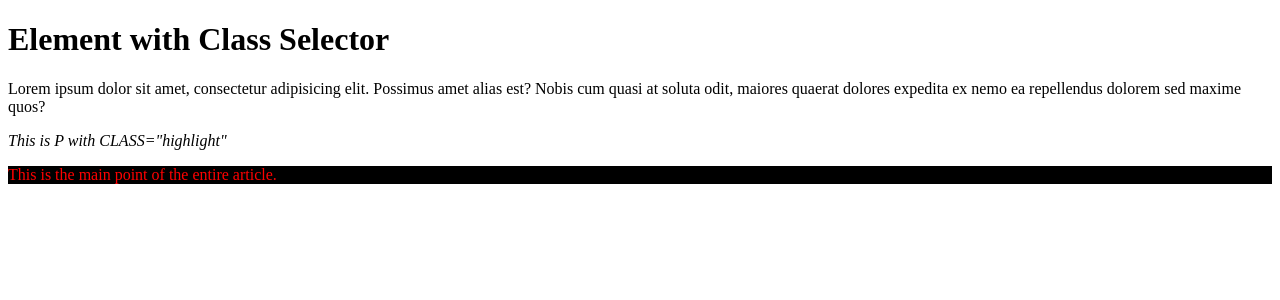
Repository: Aakarshit-Sharma19/Basic-HTML-and-CSS-Page-
Page: test.html
The author's editor kept a copy of each file at every save. The page is drawn from the files as they stood at one save, then again after the next save.
The browser window is 1280 px wide. The pictures show the whole page.

Above is the page before, as saved 2020-11-08 10:31:20.

### test.html
<!DOCTYPE html>
<html>

<head>
  <meta charset="utf-8">
  <title>Element with Class Selector
  </title>
  <style>
    /* all with class="highlight" */
    highlight {
      background-color: green;
    }

    /* all p elements with class="highlight" */
    p.highlight {
      font-style: italic;
    }

    /* all elements with class 'highlight' as well as with class 'mainpoint'. */
    .highlight.mainpoint {
      color: red;
      background-color: black;
    }
  </style>
</head>

<body>

  <h1 class="highlight">Element with Class Selector</h1>
  <p>Lorem ipsum dolor sit amet, consectetur adipisicing elit. Possimus amet alias est? Nobis cum quasi at soluta odit,
    maiores quaerat dolores expedita ex nemo ea repellendus dolorem sed maxime quos?</p>
  <p class="highlight">This is P with CLASS="highlight"</p>
  <div class="mainpoint highlight">This is the main point of the entire article.
  </div>
</body>

</html>

After the next save:
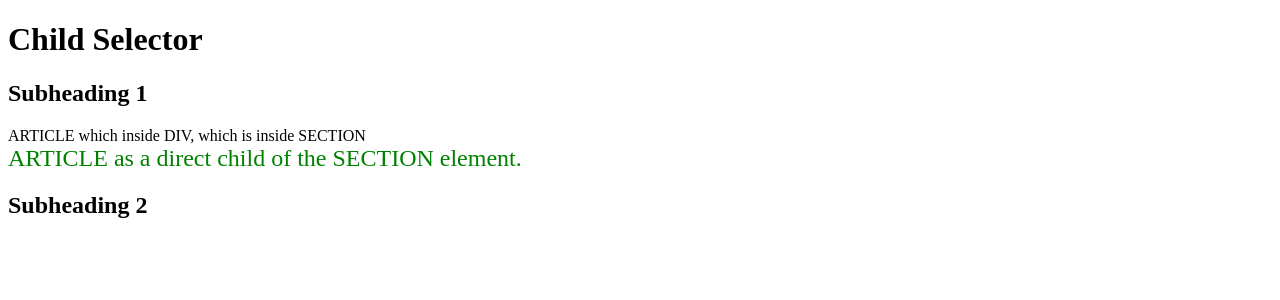
Saved 4 min 58 s later.
--- a/test.html
+++ b/test.html
@@ -1,37 +1,36 @@
 <!DOCTYPE html>
 <html>
+<head>
+<meta charset="utf-8">
+<title>Child Selector</title>
+<style>
 
-<head>
-  <meta charset="utf-8">
-  <title>Element with Class Selector
-  </title>
-  <style>
-    /* all with class="highlight" */
-    highlight {
-      background-color: green;
-    }
+/* any article element which is a direct child of a section element,i.e., any article element whose immediate parent is a section element. */
+section > article {
+  color: green;
+  font-size: 24px;
+}
 
-    /* all p elements with class="highlight" */
-    p.highlight {
-      font-style: italic;
-    }
+/* any h2 element which is a direct child of a section element,i.e., any h2 element whose immediate parent is a section element. */
+xxx {
+  color: green;
+}
 
-    /* all elements with class 'highlight' as well as with class 'mainpoint'. */
-    .highlight.mainpoint {
-      color: red;
-      background-color: black;
-    }
-  </style>
+
+</style>
 </head>
+<body>
+<h1>Child Selector</h1>
+<section>
+  <h2>Subheading 1</h2>
+  <div>
+    <article>ARTICLE which inside DIV, which is inside SECTION</article>
+  </div>
+</section>
+<section>
+  <article>ARTICLE as a direct child of the SECTION element.</article>
+</section>
+<h2>Subheading 2</h2>
 
-<body>
-
-  <h1 class="highlight">Element with Class Selector</h1>
-  <p>Lorem ipsum dolor sit amet, consectetur adipisicing elit. Possimus amet alias est? Nobis cum quasi at soluta odit,
-    maiores quaerat dolores expedita ex nemo ea repellendus dolorem sed maxime quos?</p>
-  <p class="highlight">This is P with CLASS="highlight"</p>
-  <div class="mainpoint highlight">This is the main point of the entire article.
-  </div>
 </body>
-
 </html>
